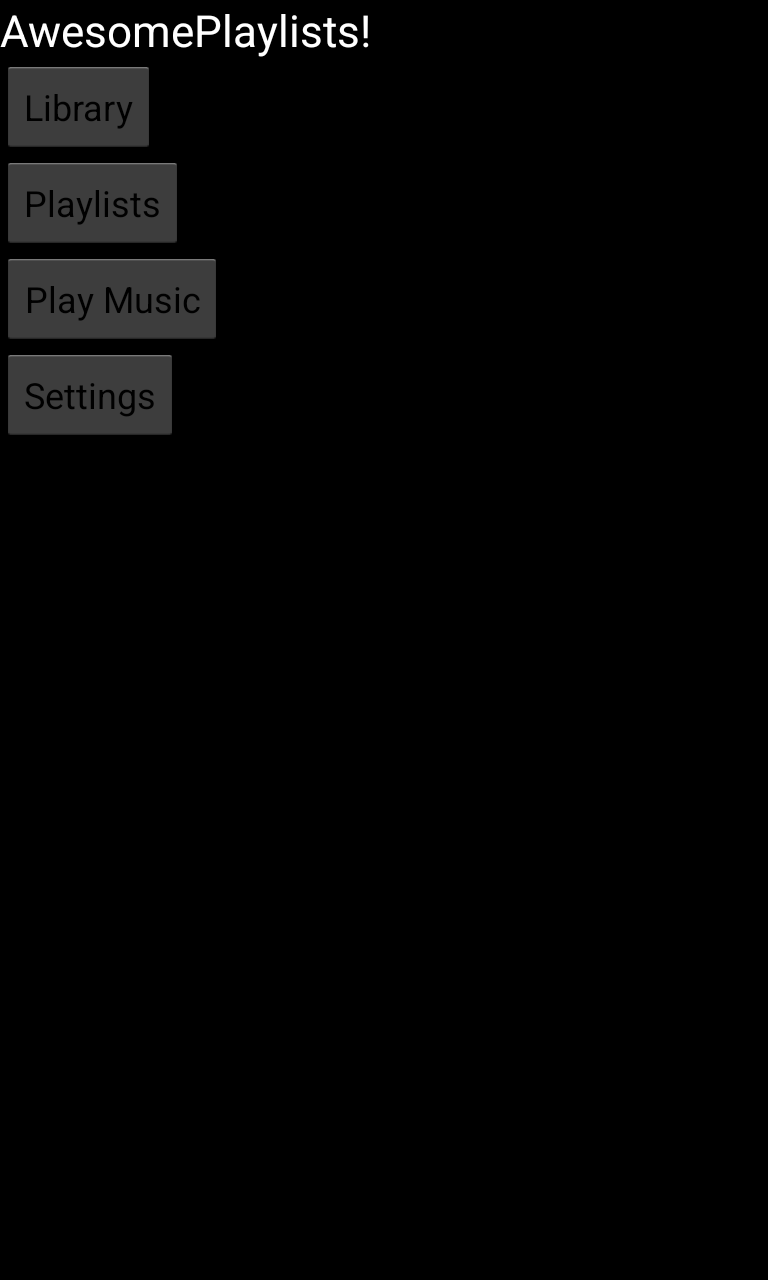
Repository: ohadsch/AwesomePlaylists
Layout: AwesomePlaylists/res/layout/activity_main.xml
The author's editor kept a copy of each file at every save. The layout is drawn from the files as they stood at one save, then again after the next save.
It is drawn on a 768 x 1280 px phone screen (xhdpi) without system bars, with theme AppTheme; the app's code is not run.

Above is the layout before, as saved 2014-04-28 14:49:16.

### AwesomePlaylists/res/layout/activity_main.xml
<LinearLayout xmlns:android="http://schemas.android.com/apk/res/android"
    android:layout_width="fill_parent"
    android:layout_height="fill_parent"
    android:orientation="vertical"
    android:background="@android:color/black" >

    <TextView
        android:id="@+id/textView1"
        android:layout_width="wrap_content"
        android:layout_height="wrap_content"
        android:text="@string/main_title"
        android:textColor="@android:color/white"
        android:textAppearance="?android:attr/textAppearanceLarge" />

    <Button
        android:id="@+id/button_library"
        android:layout_width="wrap_content"
        android:layout_height="wrap_content"
        android:text="@string/library_title"
        android:onClick="goToLibrary" />

    <Button
        android:id="@+id/button2"
        android:layout_width="wrap_content"
        android:layout_height="wrap_content"
        android:text="@string/playlists_title"
        android:onClick="goToPlaylists" />

    <Button
        android:id="@+id/button3"
        android:layout_width="wrap_content"
        android:layout_height="wrap_content"
        android:text="Play Music"
        android:onClick="goToPlayIt" />

    <Button
        android:id="@+id/button3"
        android:layout_width="wrap_content"
        android:layout_height="wrap_content"
        android:text="Settings"
        android:onClick="goToSettings" />

</LinearLayout>

### AwesomePlaylists/res/values/strings.xml
<?xml version="1.0" encoding="utf-8"?>
<resources>

    <string name="app_name">AwesomePlaylists</string>
    <string name="hello_world">Hello world!</string>
    <string name="action_settings">Settings</string>
    <string name="title_activity_library">LibraryActivity</string>
    <string name="title_activity_playlists">PlaylistsActivity</string>
    <string name="title_activity_play_it">PlayItActivity</string>
    <string name="title_activity_Settings">SettingsActivity</string>
    <string name="title_activity_add_edit_playlist">AddEditPlaylistActivity</string>

    <!--  Main Activity -->
    <string name="main_title">AwesomePlaylists!</string>

    <!-- Library Activity -->
    <string name="library_title">Library</string>
    <string name="song_name_template">Song</string>
    <string name="song_artist_template">Artist</string>
    <string name="delete_song_description">Remove this song</string>
    <string name="add_song_description">Add new song</string>

    <!-- Playlists Activity -->
    <string name="playlists_title">Playlists</string>
    <string name="add_playlist_description">Add new playlist</string>
    <string name="playlist_example_1">Running in gym</string>
    <string name="playlist_example_2">Driving to work</string>
    <string name="playlist_example_3">Another playlist...</string>
    <string name="edit_playlist_description">Edit</string>
    <string name="share_playlist_description">Share</string>
    <string name="delete_playlist_description">Delete</string>


    <string name="playlist_name">Playlist_name</string>

</resources>

Loaded but not shown: AwesomePlaylists/res/values/styles.xml (common file); AwesomePlaylists/res/values-v11/styles.xml (common file); AwesomePlaylists/res/values-v14/styles.xml (common file)

After the next save:
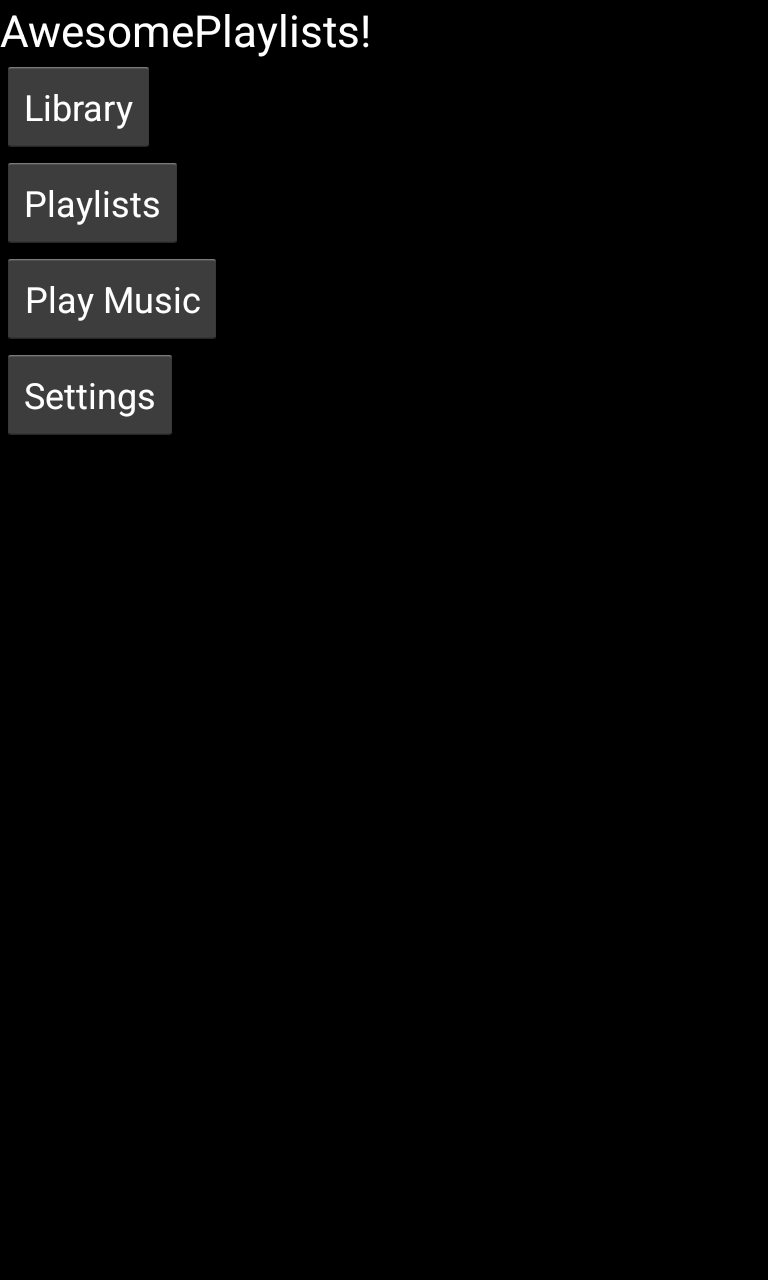
Saved 22 s later.
--- a/AwesomePlaylists/res/layout/activity_main.xml
+++ b/AwesomePlaylists/res/layout/activity_main.xml
@@ -17,6 +17,7 @@
         android:layout_width="wrap_content"
         android:layout_height="wrap_content"
         android:text="@string/library_title"
+        android:textColor="@android:color/white"
         android:onClick="goToLibrary" />
 
     <Button
@@ -24,6 +25,7 @@
         android:layout_width="wrap_content"
         android:layout_height="wrap_content"
         android:text="@string/playlists_title"
+        android:textColor="@android:color/white"
         android:onClick="goToPlaylists" />
 
     <Button
@@ -31,6 +33,7 @@
         android:layout_width="wrap_content"
         android:layout_height="wrap_content"
         android:text="Play Music"
+        android:textColor="@android:color/white"
         android:onClick="goToPlayIt" />
 
     <Button
@@ -38,6 +41,7 @@
         android:layout_width="wrap_content"
         android:layout_height="wrap_content"
         android:text="Settings"
+        android:textColor="@android:color/white"
         android:onClick="goToSettings" />
 
 </LinearLayout>
